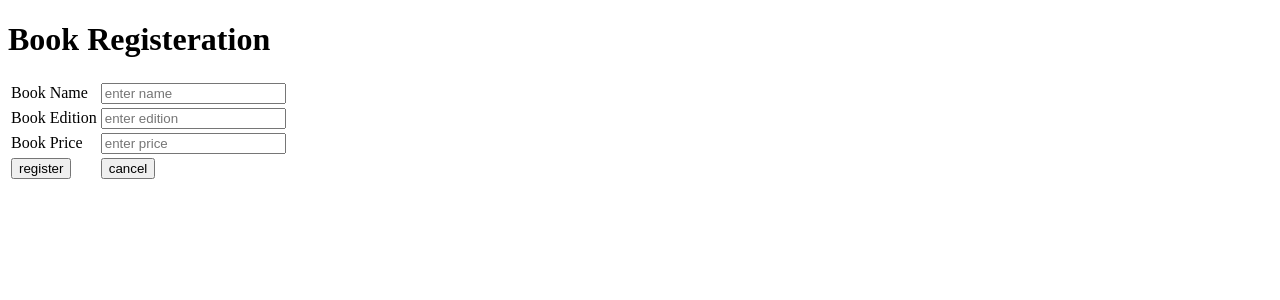
Repository: Altafalinadaf/BookWebApplication
Page: bookWebApp/src/main/webapp/home.html
An editor plug-in stored every save of this project. The page is shown before and after the next save, followed by the edit.
The browser window is 1280 px wide. The pictures show the whole page.

Above is the page before, as saved 2023-11-05 16:55:59.

### bookWebApp/src/main/webapp/home.html
<!DOCTYPE html>
<html>

<head>
	<meta charset="ISO-8859-1">
	<title>Insert title here</title>
</head>

<body>

	<h1> Book Registeration</h1>

	<form action="register" post="post">
		<table>
			<tr>
				<td>Book Name </td>
				<td> <input type="text" name="bname" placeholder="enter name" /></td>
			</tr>
			<tr>
				<td>Book Edition </td>
				<td> <input type="text" name="bedit" placeholder="enter edition" /></td>
			</tr>
			<tr>
				<td>Book Price </td>
				<td> <input type="text" name="bprice" placeholder="enter price" /></td>
			</tr>
			<tr>

				<td> <input type="submit" value="register" /></td>

				<td> <input type="reset" value="cancel"></td>
			</tr>
		</table>
	</form>

</body>

</html>

After the next save:
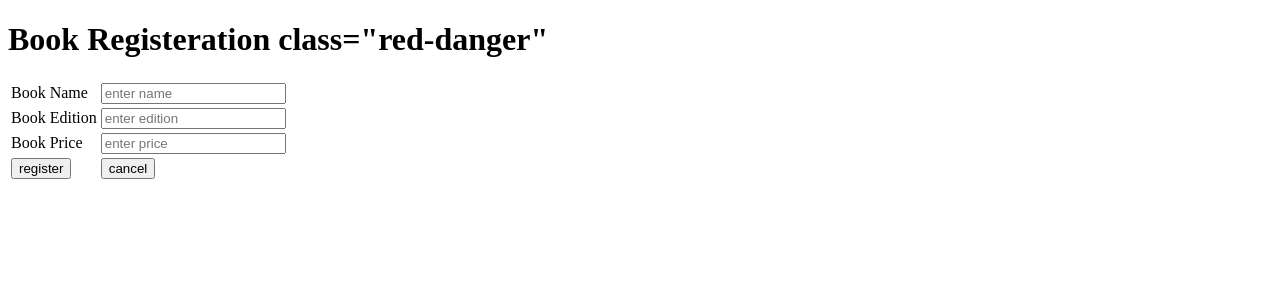
Saved 32 s later.
--- a/bookWebApp/src/main/webapp/home.html
+++ b/bookWebApp/src/main/webapp/home.html
@@ -8,7 +8,7 @@
 
 <body>
 
-	<h1> Book Registeration</h1>
+	<h1> Book Registeration class="red-danger"</h1>
 
 	<form action="register" post="post">
 		<table>

After the save that followed:
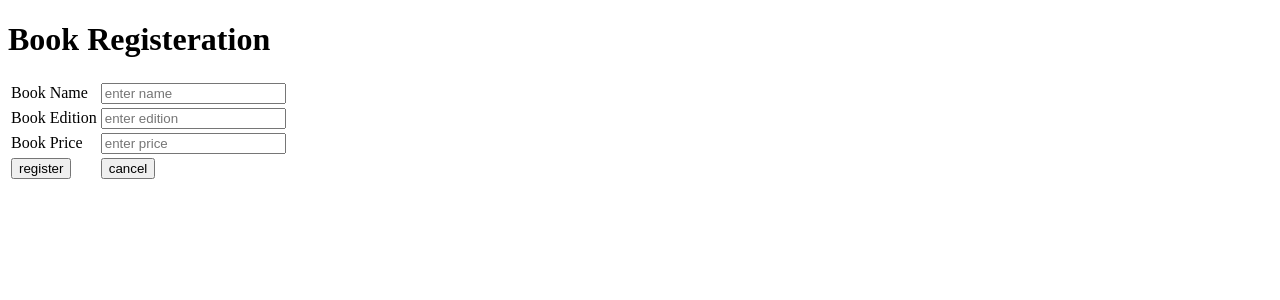
Saved 14 s later.
--- a/bookWebApp/src/main/webapp/home.html
+++ b/bookWebApp/src/main/webapp/home.html
@@ -8,7 +8,7 @@
 
 <body>
 
-	<h1> Book Registeration class="red-danger"</h1>
+	<h1 class="red-danger"> Book Registeration </h1>
 
 	<form action="register" post="post">
 		<table>
